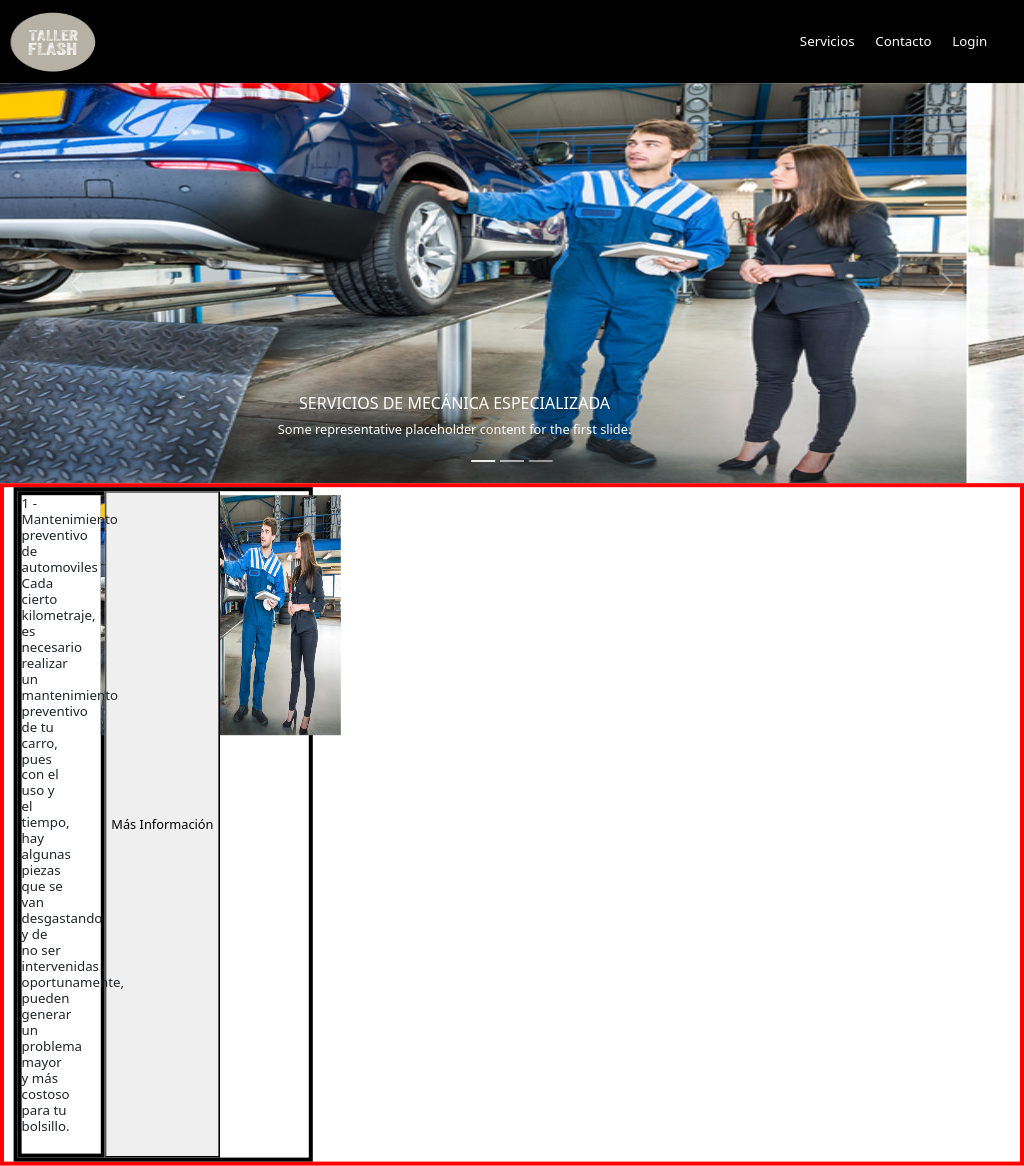
Repository: nder1996/Boostrap.Taller.Arquitectura
Page: Index.html
The author's editor kept a copy of each file at every save. The page is drawn from the files as they stood at one save, then again after a run of saves.
The browser window is 1280 px wide. The pictures show the whole page, at 80% of full size.

Above is the page before, as saved 2021-07-23 06:24:19.

After the next 2 saves:
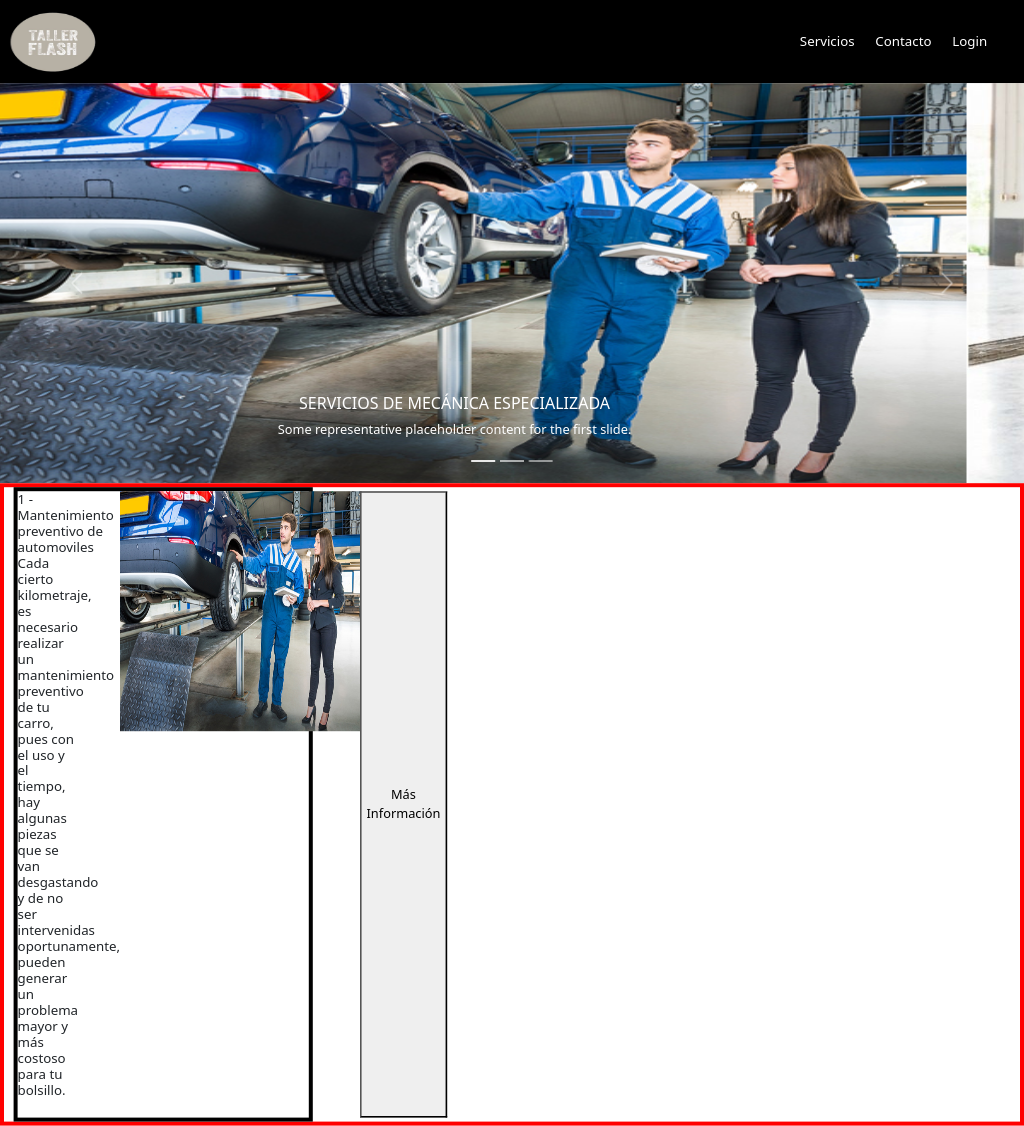
The 2 saves are shown as one change because they came seconds apart.
The last was saved 10 s later.
--- a/Index.html
+++ b/Index.html
@@ -87,7 +87,6 @@
 
 	<div class="Servicios container-fluid">
 		<div class="Servicio_1">
-			<div c>
 				<h1>1 - Mantenimiento preventivo de automoviles
 					<p>
 						Cada cierto kilometraje, es necesario realizar un mantenimiento preventivo de tu carro, pues con
@@ -98,7 +97,6 @@
 					</p>
 				</h1>
 				<img src="img/Mantenimiento_1.jpg" alt="" width="300px" height="300px">
-			</div>
 
 
 			<button>Más Información</button>
